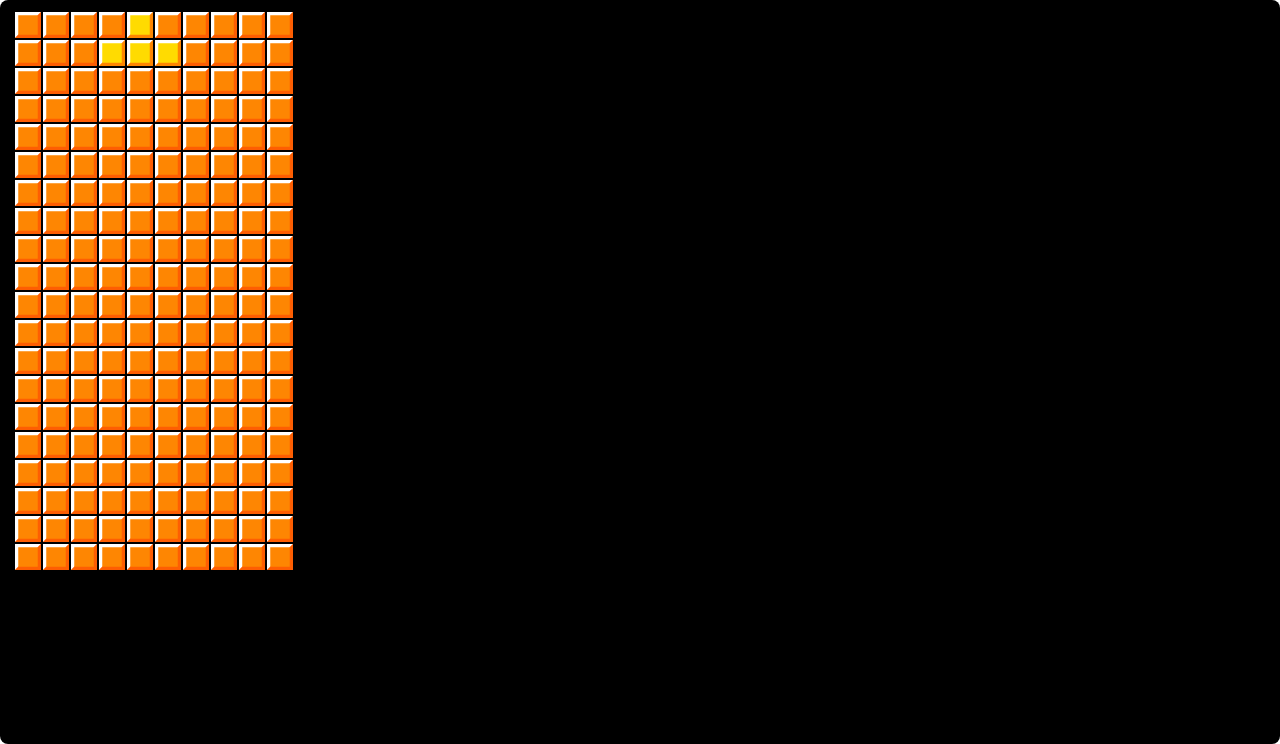
Repository: powidev/Epik-Tetris
Page: index.html
An editor plug-in stored every save of this project. The page is shown before and after the next save, followed by the edit.
The browser window is 1280 px wide. The pictures show the whole page.

Above is the page before, as saved 2025-05-20 10:23:23.

### index.html
<!DOCTYPE html>
<html lang="en">
<head>
    <meta charset="UTF-8">
    <meta name="viewport" content="width=device-width, initial-scale=1.0">
    <title>Tetris</title>
    <link rel="stylesheet" href="style.css">
</head>
<body>
    <div class="canvas-container">
        <canvas id="canvas-tetris" width="300" height="600"></canvas>
    </div>

    <script src="scripts/main.js" type="module"></script>
</body>
</html>

### style.css
body {
    display: flex;
    margin: 0;
    padding: 0;
}
.canvas-container {
    width: 100%;
    height: 100vh;
    background-color: black;
    padding: 12px 15px;
    border-radius: 8px;
}

### scripts/main.js
import { BoardTetris } from "/scripts/boardTetris.js";
import { Tetromino, TetraminoTypes } from "/scripts/tetromino.js";

const canvasTetris = document.getElementById("canvas-tetris");
const rows = 20;
const cols = 10;
const cellSize = 26;
const space = 2;

const boardTetris = new BoardTetris(canvasTetris, rows, cols, cellSize, space);

const tetrominoType = TetraminoTypes.T;
const tetromino = new Tetromino(canvasTetris, cellSize, tetrominoType.shapes, tetrominoType.initPosition, tetrominoType.id);

function update() {

    boardTetris.draw();
    tetromino.draw(boardTetris);
    requestAnimationFrame(update);
}

update();

### scripts/boardTetris.js
import { Grid } from '/scripts/grid.js';

export class BoardTetris extends Grid {
    constructor(canvas, rows, cols, cellSize, space) {
        super(canvas, rows, cols, cellSize, space);
    }

    isInside(row, col){
        return row >= 0 && row < this.rows && col >= 0 && col < this.cols;
    }
    isEmpty(row, col){
        return this.matriz[row][col] === 0 && this.isInside(row, col);
    }
    isRowFull(row){
        return this.matriz[row].every(element => element !== 0);
    }
    isRowEmpty(row){
        return this.matriz[row].every(element => element === 0);
    }
    clearRow(row){
        this.matriz[row].fill(0);
    }
    moveRowDown(row, numRows){
        this.matriz[row + numRows] = this.matriz[row].slice();
        this.clearRow(row);
    }
    clearFullRows(){
        let cont = 0;

        for(let row  = this.rows - 1; row >= 0; row--){
            if(this.isRowFull(row)){
                this.clearRow(row);
                cont++;
            }
            else if(cont > 0){
                this.moveRowDown(row, cont);
            }
        }
        return cont;
    }
    gameOver(){
        return !(this.isRowEmpty(0));
    }
}

### scripts/tetromino.js

class Position{
    constructor(row, column){
        this.row = row;
        this.column = column;
    }
}

class Tetromino {
    constructor(canvas, cellSize, shapes = [], initPosition = new Position(), id=1) {
        this.canvas = canvas;
        this.ctx = this.canvas.getContext('2d');
        this.cellSize = cellSize;
        this.shapes = shapes;
        this.rotation = 0;
        this.initPosition = initPosition;
        this.position = new Position(this.initPosition.row, this.initPosition.column);
        this.id = id;
    }
    drawSquare(x, y, side, color) {
        this.ctx.fillStyle = color;
        this.ctx.fillRect(x, y, side, side);
    }
    drawTriangle(x1, y1, x2, y2, x3, y3, color) {
        this.ctx.beginPath();
        this.ctx.moveTo(x1, y1);
        this.ctx.lineTo(x2, y2);
        this.ctx.lineTo(x3, y3);
        this.ctx.closePath();
        this.ctx.fillStyle = color;
        this.ctx.fill();
    }
    getColorPalette(id) {
        const palette = {
            1:{
                rightTriangle : "#FE8601",
                leftTriangle : "#FFFFFF",
                square : "#FFDB01"
            },
            2:{
                rightTriangle : "#FE5E02",
                leftTriangle : "#FFFFFF",
                square : "#FE8602"
            },
            3:{
                rightTriangle : "#B5193B",
                leftTriangle : "#FFFFFF",
                square : "#EE1B2E"
            },
            4:{
                rightTriangle : "#22974C",
                leftTriangle : "#FFFFFF",
                square : "#24DC4F"
            },
            5:{
                rightTriangle : "#49BDFF",
                leftTriangle : "#FFFFFF",
                square : "#2D97F7"
            },
            6:{
                rightTriangle : "#0000C9",
                leftTriangle : "#FFFFFF",
                square : "#0101F0"
            },
            7:{
                rightTriangle : "#8500D3",
                leftTriangle : "#FFFFFF",
                square : "#A000F1"
            }
        }
        return palette[id] || palette[1];
    }
    drawBlock(x, y, id){
        const margin = this.cellSize / 8;
        const palette = this.getColorPalette(id);

        this.drawTriangle(
            x, y,
            x + this.cellSize, y,
            x, y + this.cellSize,
            palette.leftTriangle
        );

        this.drawTriangle(
            x + this.cellSize, y,
            x + this.cellSize, y + this.cellSize,
            x, y + this.cellSize,
            palette.rightTriangle
        );

        this.drawSquare(
            x + margin,
            y + margin,
            this.cellSize - (margin * 2),
            palette.square
        );
    }
    currentShape(){
        return this.shapes[this.rotation];
    }
    draw(grid){
        const shape = this.currentShape();
        for(let i = 0; i < shape.length; i++){
            const position = grid.getCoordinates(
                this.position.column + shape[i].column,
                this.position.row + shape[i].row
            );
            this.drawBlock(position.x, position.y, this.id);
        }
    }
    currentPosition(){
        const positions = [];
        const shape = this.currentShape();
        for(let i = 0; i < shape.length; i++){
            positions.push(new Position(
                this.position.row + shape[i].row,
                this.position.column + shape[i].column
            ));
        }
        return positions;
    }
    move(row, column){
        this.position.row += row;
        this.position.column += column;
    }
    reset(){
        this.rotation = 0;
        this.position = new Position(this.initPosition.row, this.initPosition.column);
    }
}

const TetraminoTypes = {
    T:{
        id:1,
        initPosition: new Position(0, 3),
        shapes: [
            [new Position(0, 1), new Position(1, 0), new Position(1, 1), new Position(1, 2)],
            [new Position(0, 1), new Position(1, 1), new Position(1, 2), new Position(2, 1)],
            [new Position(1, 0), new Position(1, 1), new Position(1, 2), new Position(2, 1)],
            [new Position(0, 1), new Position(1, 0), new Position(1, 1), new Position(2, 1)]
        ]
    },
    O:{
        id:2,
        initPosition: new Position(0, 4),
        shapes: [
            [new Position(0, 0), new Position(0, 1), new Position(1, 0), new Position(1, 1)]
        ]
    },
    I:{
        id:3,
        initPosition: new Position(-1, 3),
        shapes: [
            [new Position(1, 0), new Position(1, 1), new Position(1, 2), new Position(1, 3)],
            [new Position(0, 2), new Position(1, 2), new Position(2, 2), new Position(3, 2)],
            [new Position(2, 0), new Position(2, 1), new Position(2, 2), new Position(2, 3)],
            [new Position(0, 1), new Position(1, 1), new Position(2, 1), new Position(3, 1)]
        ]
    },
    S:{
        id:4,
        initPosition: new Position(0, 3),
        shapes: [
            [new Position(0, 1), new Position(0, 2), new Position(1, 0), new Position(1, 1)],
            [new Position(0, 1), new Position(1, 1), new Position(1, 2), new Position(2, 2)],
            [new Position(1, 1), new Position(1, 2), new Position(2, 0), new Position(2, 1)],
            [new Position(0, 0), new Position(1, 0), new Position(1, 1), new Position(2, 1)]
        ]
    },
    Z:{
        id:5,
        initPosition: new Position(0, 3),
        shapes: [
            [new Position(0, 0), new Position(0, 1), new Position(1, 1), new Position(1, 2)],
            [new Position(0, 2), new Position(1, 1), new Position(1, 2), new Position(2, 1)],
            [new Position(1, 0), new Position(1, 1), new Position(2, 1), new Position(2, 2)],
            [new Position(0, 1), new Position(1, 0), new Position(1, 1), new Position(2, 0)]
        ]
    },
    J:{
        id:6,
        initPosition: new Position(0, 3),
        shapes: [
            [new Position(0, 0), new Position(1, 0), new Position(1, 1), new Position(1, 2)],
            [new Position(0, 1), new Position(0, 2), new Position(1, 1), new Position(2, 1)],
            [new Position(1, 0), new Position(1, 1), new Position(1, 2), new Position(2, 2)],
            [new Position(0, 1), new Position(1, 1), new Position(2, 0), new Position(2, 1)]
        ]
    },
    L:{
        id:7,
        initPosition: new Position(0, 3),
        shapes: [
            [new Position(0, 2), new Position(1, 0), new Position(1, 1), new Position(1, 2)],
            [new Position(0, 1), new Position(1, 1), new Position(2, 1), new Position(2, 2)],
            [new Position(1, 0), new Position(1, 1), new Position(1, 2), new Position(2, 0)],
            [new Position(0, 0), new Position(0, 1), new Position(1, 1), new Position(2, 1)]
        ]
    }
};

class TetrominosBag {
    constructor(canvas, cellSize){
        this.canvas = canvas;
        this.cellSize = cellSize;
        this.bag = [];
    }

    fillbag(){
        const tetrominosTypes = [
            tetrominosTypes.T,
            tetrominosTypes.O,
            tetrominosTypes.I,
            tetrominosTypes.S,
            tetrominosTypes.Z,
            tetrominosTypes.J,
            tetrominosTypes.L
        ]
        this.bag.length = 0;
        tetrominosTypes.forEach(type=>{
            this.bag.push(new Position(
                this.canvas,
                this.cellSize,
                type.shapes,
                type.initPosition,
                type.id
            ));
        });

        for(let i = this.bag.length - 1; i>0 ; i--){
            let j = Math.floor(Math.random() * (i + 1));
            [this.bag[i], this.bag[j]] = [this.bag[j], this.bag[i]];
        }
    }

    nextTetromino(){
        if(this.bag.length === 0){
            this.fillbag();
        }
        return this.bag.pop();
    }
}

export { Position, Tetromino, TetraminoTypes };

### scripts/grid.js
import { Tetromino } from '/scripts/tetromino.js';

export class Grid {
    constructor(canvas, rows, cols, cellSize, space) {
        this.canvas = canvas;
        this.ctx = canvas.getContext('2d');
        this.rows = rows;
        this.cols = cols;
        this.cellSize = cellSize;
        this.space = space;
        this.matriz = [];
        this.restartMatriz();

        this.canvas.width = this.cols * this.cellSize + (this.space * this.cols);
        this.canvas.height = this.rows * this.cellSize + (this.space * this.rows);

        this.block = new Tetromino(this.canvas, this.cellSize);
    }

    restartMatriz(){
        for(let r = 0; r < this.rows; r++){
            this.matriz[r] = [];
            for(let c = 0; c < this.cols; c++){
                this.matriz[r][c] = 2;
            }
        }
    }

    drawSquare(x, y, side, color, borderColor) {
        const bordeSize = side / 10;

        this.ctx.fillStyle = color;
        this.ctx.fillRect(x, y, side, side);

        this.ctx.strokeStyle = borderColor;
        this.ctx.lineWidth = bordeSize;
        this.ctx.strokeRect(x+bordeSize/2, y+bordeSize/2, side-bordeSize, side-bordeSize);
    }

    getCoordinates(col, row){
        return {x: col * (this.cellSize + this.space), y: row * (this.cellSize + this.space)};
    }

    draw(){
        for(let r = 0; r < this.rows; r++){
            for(let c = 0; c < this.cols; c++){
                const position = this.getCoordinates(c, r);
                if(this.matriz[r][c] !== 0){
                    this.block.drawBlock(position.x,position.y,this.matriz[r][c]);
                }
                else{
                    this.drawSquare(position.x, position.y, this.cellSize, "#000", "#303030");
                }
            }
        }
        this.printMatriz();
    }

    printMatriz(){
        let text = "";
        this.matriz.forEach((row) => {
            text += row.join(" ") + "\n";
        });
        console.log(text);
    }
}

After the next save:
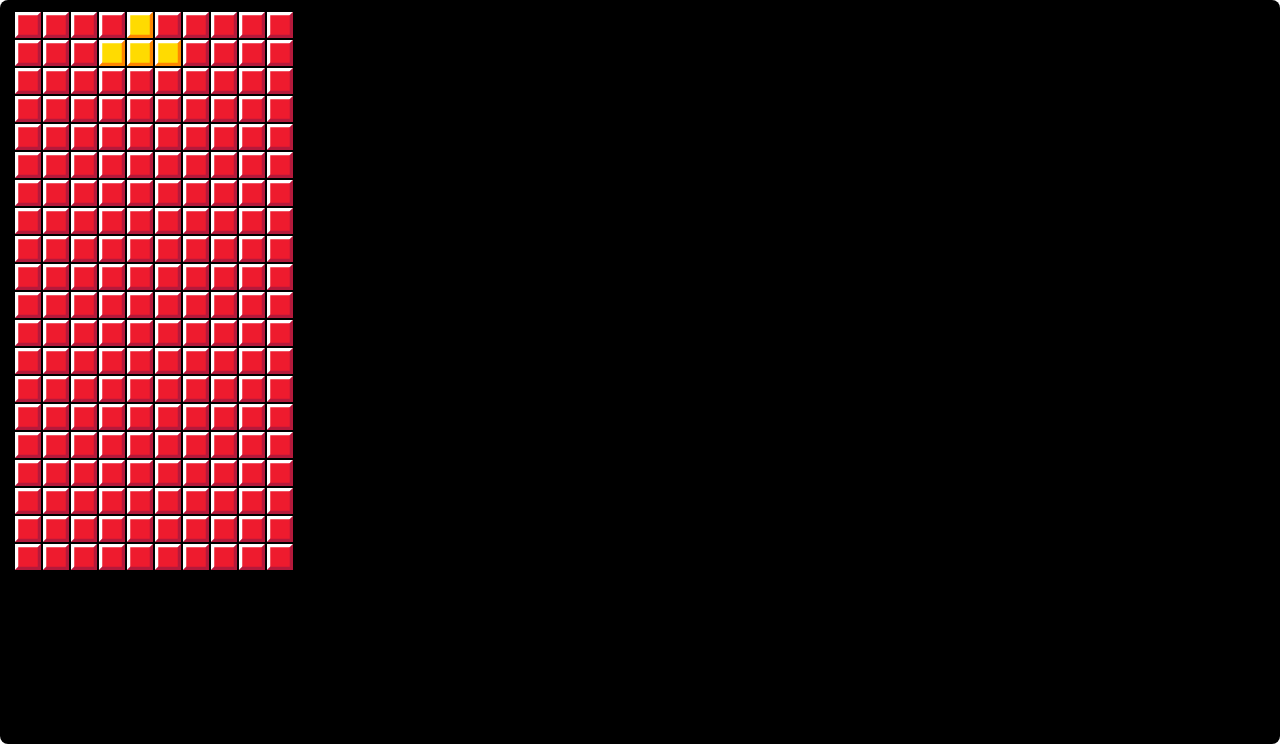
Saved 7 s later.
--- a/scripts/grid.js
+++ b/scripts/grid.js
@@ -21,7 +21,7 @@ export class Grid {
         for(let r = 0; r < this.rows; r++){
             this.matriz[r] = [];
             for(let c = 0; c < this.cols; c++){
-                this.matriz[r][c] = 2;
+                this.matriz[r][c] = 3;
             }
         }
     }
